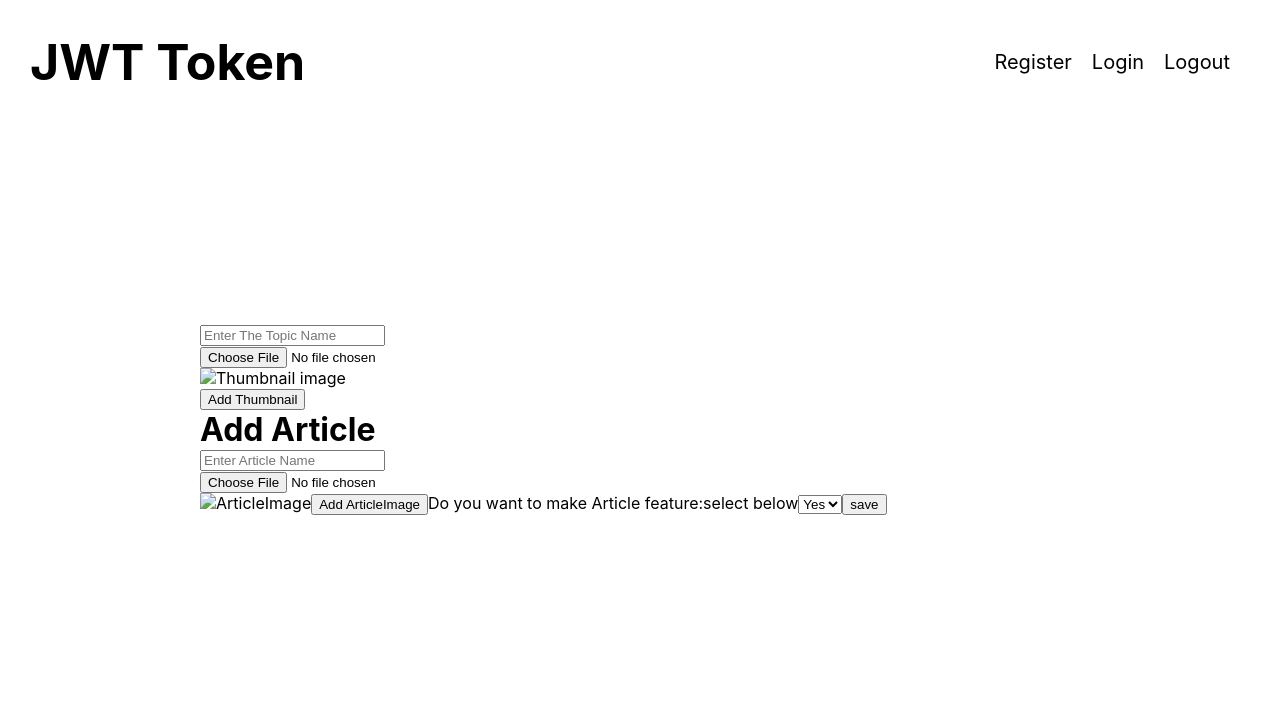
Repository: Prafullkuma/jwttoken
Page: /admin
The author's editor kept a copy of each file at every save. The page is drawn from the files as they stood at one save, then again after the next save.
The browser window is 1280 px wide. The pictures show the whole page.
The project was rebuilt for these pictures with package versions that can differ from the ones it lists, and the page was loaded fresh each time. Also part of the build but not shown: src/App.css, src/component/Auth/Signup.js, src/component/Auth/Signin.js, src/component/User/User.js, src/component/Home/Home.js, src/component/Auth/Logout.js.

Above is the page before, as saved 2020-08-22 21:46:29.

### src/App.js
import React from 'react';
import { BrowserRouter, Route } from 'react-router-dom'
import './App.css';
import Navbar from './component/Navbar'
import Signup from './component/Auth/Signup';
import Signin from './component/Auth/Signin';
import User from './component/User/User';
import Dashboard from './component/Admin/Dashboard';
import Home from './component/Home/Home';
import Logout from './component/Auth/Logout'
function App() {
  return (
    <div className="App">
      <BrowserRouter>
        <Navbar />
        <Route path="/signup" component={Signup} />
        <Route path="/signin" component={Signin} />
        <Route path="logout" component={Logout} />
        <Route path="/user" component={User} />
        <Route path="/admin" component={Dashboard} />
        <Route exact path="/" component={Home} />
      </BrowserRouter>
    </div>
  );
}

export default App;

### src/component/Navbar.js
import React from 'react'
import { Link } from 'react-router-dom'
import './Navbar.css'
function Navbar() {
    return (
        <div>
            <section className="Nav">
                <h1> <Link to="/">JWT Token</Link></h1>
                <nav className="navbar-items">
                    <ul>
                        <li><Link to="/signup">Register</Link></li>
                        <li><Link to="/signin">Login</Link></li>
                        <li><Link to="/">Logout</Link></li>
                    </ul>

                </nav>
            </section>
        </div>
    )
}

export default Navbar

### src/component/Admin/Dashboard.js
import React, { useState } from 'react'
import './Dashboard.css'
function Dashboard() {
    const [topic, setTopic] = useState('')
    const [thumbnail, setThumbnail] = useState()
    const [title, setTitle] = useState('')
    const [articleImage, setArticleImage] = useState('')
    const [feature, setFeature] = useState('')
    const [flag, setFlag] = useState(false)
    const addThumbnail = (e) => {
        console.log(e.target.file)
    }
    const addArticleImage = () => {

    }
    const saveAllData = () => {

    }
    return (
        <div className="Dashboard">
            <div className="Topic_name">
                <input type="text"
                    value={topic}
                    onChange={e => setTopic(e.target.value)}
                    placeholder="Enter The Topic Name" />
                <br />
                <input type="file"
                    value={thumbnail}
                    onChange={e => setThumbnail(e.target.value)} /><br />
                <img src="" alt="Thumbnail image" /><br />
                <button onClick={addThumbnail}> Add Thumbnail</button>

            </div>
            <div className="ArticleName">
                <h1> Add Article</h1>
                <input type="text"
                    value={title}
                    placeholder="Enter Article Name"
                    onChange={e => setTitle(e.target.value)} />
                <br />
                <input type="file"
                    value={articleImage}
                    onChange={e => setArticleImage(e.target.value)} /><br />
                <img src="" alt="ArticleImage" />
                <button onClick={addArticleImage}> Add ArticleImage</button>
                <span>Do you want to make Article feature:select below</span>
                <select value={feature} onChange={e => setFeature(e.target.value)}>
                    <option selected value={true}>Yes</option>
                    <option value={false}>No</option>
                </select>

                <button type="submit" onClick={saveAllData}> save</button>
            </div>

        </div>
    )
}

export default Dashboard

### src/component/Navbar.css
.Nav{
display: flex;
align-items: center;
justify-content: space-between;
padding: 30px;
}
ul,li{
    list-style: none;
    float: left;
    margin: 10px;
    font-size: 20px;
}
.Nav h1{
    font-size: 50px;
}
.Nav a{
    text-decoration: none;
    color:black
}
.navbar-items{
    display: flex;
}

### src/component/Admin/Dashboard.css
.Dashboard{
    margin-top: 100px;
    display: flex;
    flex-direction: column;
    margin: 200px 200px;
}

Loaded but not shown: src/index.js (common file); src/index.css (common file)

After the next save:
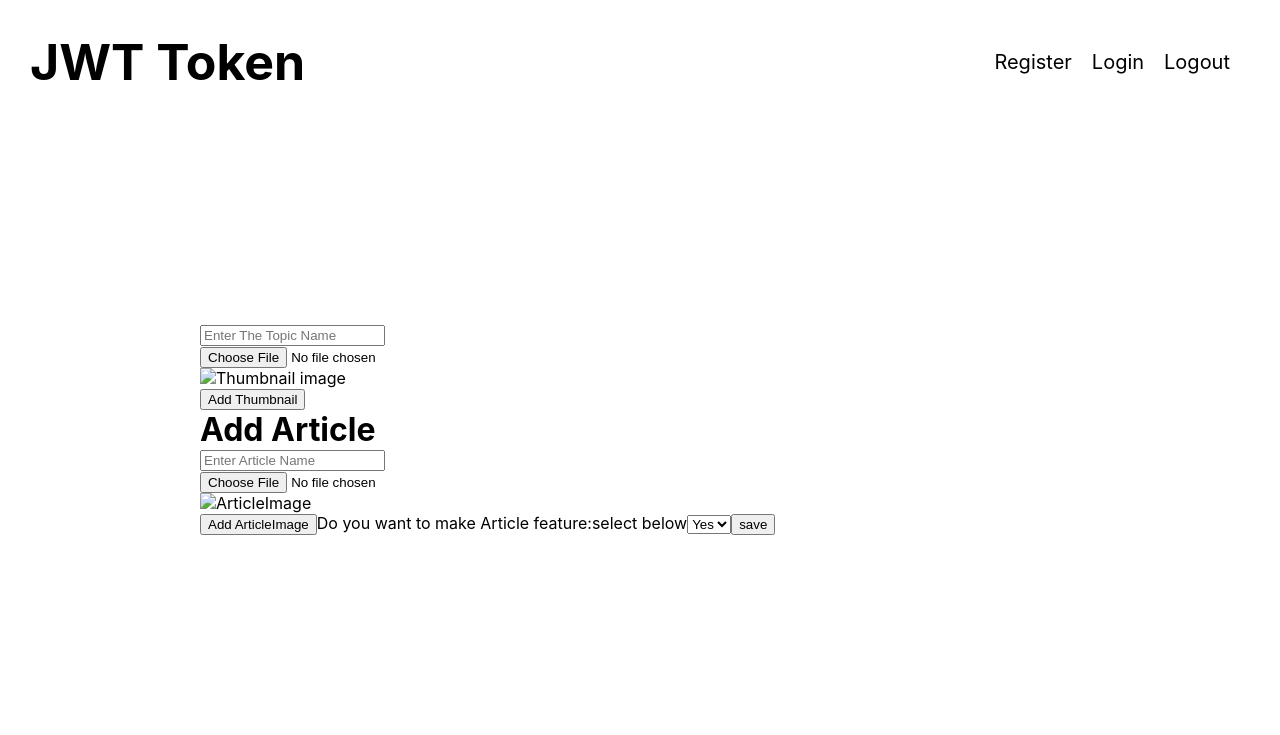
Saved 6 s later.
--- a/src/component/Admin/Dashboard.js
+++ b/src/component/Admin/Dashboard.js
@@ -41,7 +41,7 @@ function Dashboard() {
                 <input type="file"
                     value={articleImage}
                     onChange={e => setArticleImage(e.target.value)} /><br />
-                <img src="" alt="ArticleImage" />
+                <img src="" alt="ArticleImage" /><br />
                 <button onClick={addArticleImage}> Add ArticleImage</button>
                 <span>Do you want to make Article feature:select below</span>
                 <select value={feature} onChange={e => setFeature(e.target.value)}>
